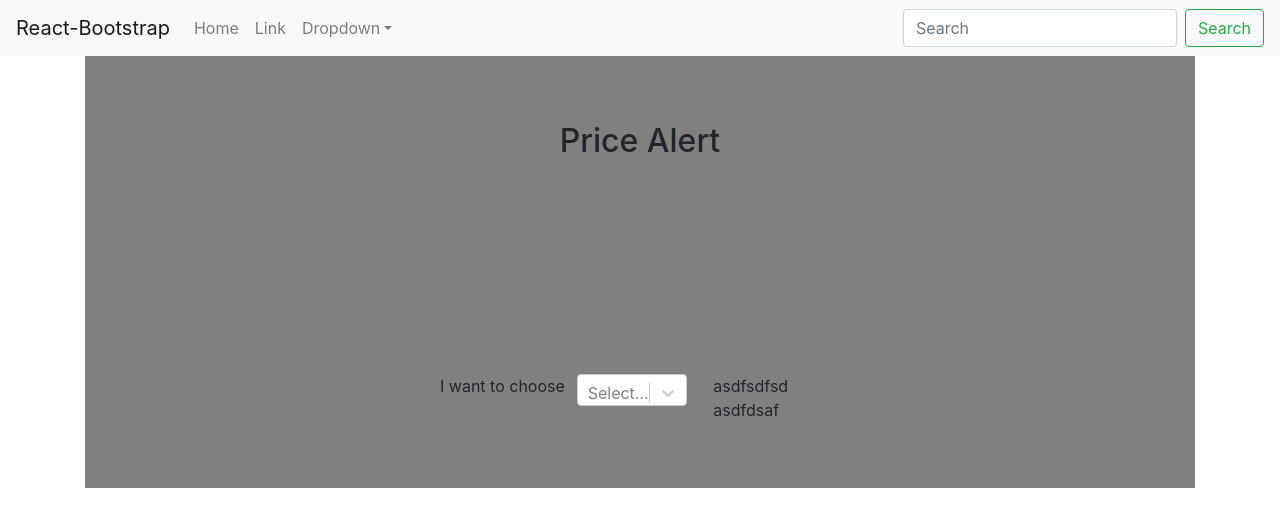
Repository: flychicken123/PriceAlertFront
Page: /
The author's editor kept a copy of each file at every save. The page is drawn from the files as they stood at one save, then again after the next save.
The browser window is 1280 px wide. The pictures show the whole page.
The page's requests for data from a server got no answer. The project was rebuilt for these pictures with package versions that can differ from the ones it lists, and the page was loaded fresh each time. No one was signed in, and anything a server would have sent is missing. Also part of the build but not shown: src/App.css.

Above is the page before, as saved 2021-03-07 10:05:07.

### public/index.html
<!DOCTYPE html>
<html lang="en">
  <head>
    <meta charset="utf-8" />
    <link rel="icon" href="%PUBLIC_URL%/favicon.ico" />
    <meta name="viewport" content="width=device-width, initial-scale=1" />
    <meta name="theme-color" content="#000000" />
    <meta
      name="description"
      content="Web site created using create-react-app"
    />
    <link rel="apple-touch-icon" href="%PUBLIC_URL%/logo192.png" />
    <!--
      manifest.json provides metadata used when your web app is installed on a
      user's mobile device or desktop. See https://developers.google.com/web/fundamentals/web-app-manifest/
    -->
    <link rel="manifest" href="%PUBLIC_URL%/manifest.json" />
    <link
  rel="stylesheet"
  href="https://cdn.jsdelivr.net/npm/bootstrap@4.6.0/dist/css/bootstrap.min.css"
  integrity="sha384-B0vP5xmATw1+K9KRQjQERJvTumQW0nPEzvF6L/Z6nronJ3oUOFUFpCjEUQouq2+l"
  crossorigin="anonymous"
/>
<link rel="stylesheet" href="https://fonts.googleapis.com/css?family=Roboto:300,400,500,700&display=swap" />

    <!--
      Notice the use of %PUBLIC_URL% in the tags above.
      It will be replaced with the URL of the `public` folder during the build.
      Only files inside the `public` folder can be referenced from the HTML.

      Unlike "/favicon.ico" or "favicon.ico", "%PUBLIC_URL%/favicon.ico" will
      work correctly both with client-side routing and a non-root public URL.
      Learn how to configure a non-root public URL by running `npm run build`.
    -->
    <title>React App</title>
  </head>
  <body>
    <noscript>You need to enable JavaScript to run this app.</noscript>
    <div id="root"></div>
    <!--
      This HTML file is a template.
      If you open it directly in the browser, you will see an empty page.

      You can add webfonts, meta tags, or analytics to this file.
      The build step will place the bundled scripts into the <body> tag.

      To begin the development, run `npm start` or `yarn start`.
      To create a production bundle, use `npm run build` or `yarn build`.
    -->
  </body>
</html>

### src/App.js
import logo from './logo.svg';
import './App.css';
import { BrowserRouter as Router, Switch, Route } from 'react-router-dom';
import TopNavbar from './components/TopNavbar';
import Home from './components/Home.jsx';
const App = () => {
  return (
    <Router>
      <TopNavbar />
      <Switch>
        <Route path='/' component={Home} />
      </Switch>
    </Router>
  )
}

export default App;

### src/components/TopNavbar.jsx
import React, { Component } from 'react';
import { Button, Navbar, Nav, NavDropdown, Form, FormControl } from "react-bootstrap";
const TopNavbar = () => {
    return (
        <div>
            <Navbar bg="light" expand="lg">
                <Navbar.Brand href="#home">React-Bootstrap</Navbar.Brand>
                <Navbar.Toggle aria-controls="basic-navbar-nav" />
                <Navbar.Collapse id="basic-navbar-nav">
                    <Nav className="mr-auto">
                        <Nav.Link href="#home">Home</Nav.Link>
                        <Nav.Link href="#link">Link</Nav.Link>
                        <NavDropdown title="Dropdown" id="basic-nav-dropdown">
                            <NavDropdown.Item href="#action/3.1">Action</NavDropdown.Item>
                            <NavDropdown.Item href="#action/3.2">Another action</NavDropdown.Item>
                            <NavDropdown.Item href="#action/3.3">Something</NavDropdown.Item>
                            <NavDropdown.Divider />
                            <NavDropdown.Item href="#action/3.4">Separated link</NavDropdown.Item>
                        </NavDropdown>
                    </Nav>
                    <Form inline>
                        <FormControl type="text" placeholder="Search" className="mr-sm-2" />
                        <Button variant="outline-success">Search</Button>
                    </Form>
                </Navbar.Collapse>
            </Navbar>
        </div>
    )
};
export default TopNavbar

### src/components/Home.jsx
import React, { useState, Component, Select, useEffect, useCallback } from 'react';
import AsyncSelect from 'react-select/async';
import { Form, Container, Col } from 'react-bootstrap';

export default function Home(props) {
    const [coinTypes, setCoinTypes] = useState([]);
    const [selectedOption, setSelectedOption] = useState(props ? props.match?.params?.template_id : null);
    const customStyles = {
        control: base => ({
            ...base,
            height: 32,
            minHeight: 30,
            width: 110,
            padding: 0
        })
    };


    // const coinOptions = (f) => {
    //     return [{ name: "- select -", id: "" }, ...coinTypes].map((coinType) => {
    //         return {
    //             label: coinType.name,
    //             value: coinType.id
    //         }
    //     })
    // };
    const handleCoinChange = useCallback((coin_id) => {
        setSelectedOption(coin_id);
        console.log(coin_id.name);
    }, []);
    const fetchCoinList = () => {
        return fetch(`https://6043fea2a20ace001728e9b7.mockapi.io/api/v1/coinlist/coinlist`).then(res => res.json());
    }


    return (

        < div className='mainControl' >
            <Container fluid="md">

                <div style={{ display: 'flex', justifyContent: 'center', alignItems: 'center', height: '60vh', backgroundColor: 'grey', width: '200' }}>

                    <Form>
                        <Form.Row>
                            <Col>
                                <div style={{ display: 'flex', justifyContent: 'center', height: '35vh' }}>
                                    <h2>Price Alert</h2>
                                </div>
                            </Col>
                        </Form.Row>
                        <Form.Row>

                            <Col>
                                I want to choose
                            </Col>
                            <Col>
                                <AsyncSelect
                                    cacheOptions
                                    defaultOptions
                                    onChange={handleCoinChange}
                                    value={selectedOption}
                                    loadOptions={fetchCoinList}
                                    getOptionValue={option => option.id}
                                    getOptionLabel={option => option.name}
                                    styles={customStyles}
                                />
                            </Col>
                            <Col>asdfsdfsd  asdfdsaf</Col>
                        </Form.Row>

                    </Form>

                </div>
            </Container>
        </div >
    )
}

Loaded but not shown: src/index.js (common file); src/index.css (common file); src/reportWebVitals.js (common file)

After the next save:
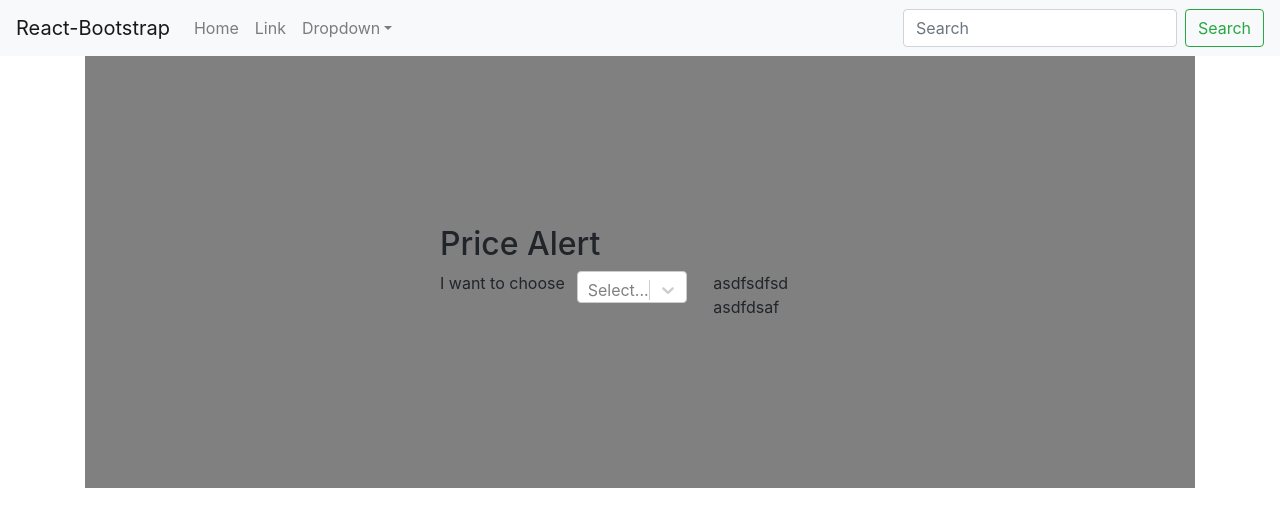
Saved 6 s later.
--- a/src/components/Home.jsx
+++ b/src/components/Home.jsx
@@ -43,9 +43,9 @@
                     <Form>
                         <Form.Row>
                             <Col>
-                                <div style={{ display: 'flex', justifyContent: 'center', height: '35vh' }}>
-                                    <h2>Price Alert</h2>
-                                </div>
+
+                                <h2>Price Alert</h2>
+
                             </Col>
                         </Form.Row>
                         <Form.Row>

After the save that followed:
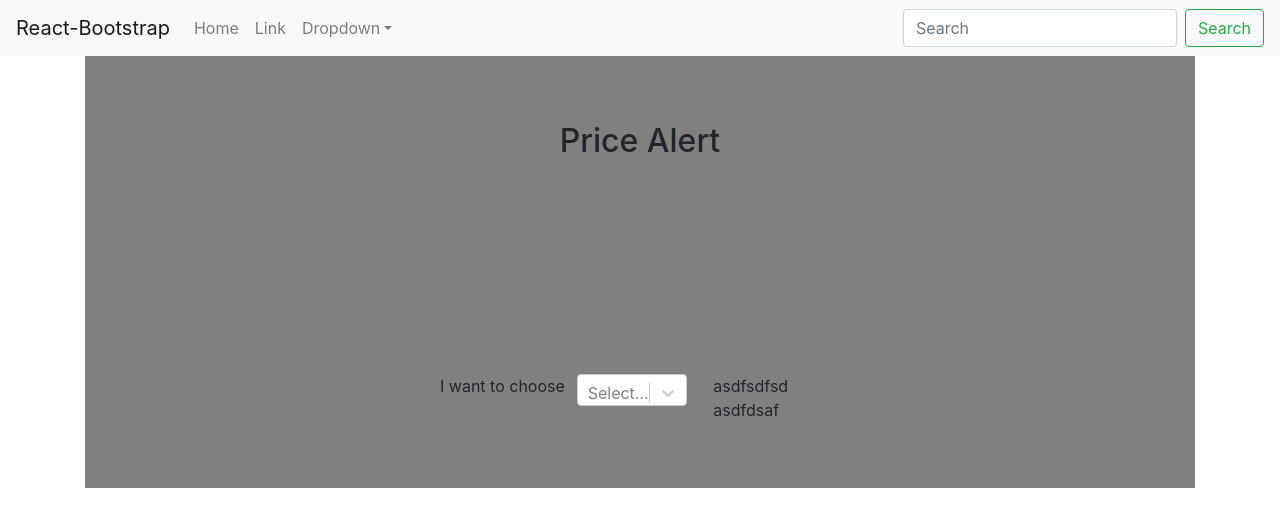
Saved 7 s later.
--- a/src/components/Home.jsx
+++ b/src/components/Home.jsx
@@ -43,9 +43,9 @@
                     <Form>
                         <Form.Row>
                             <Col>
-
-                                <h2>Price Alert</h2>
-
+                                <div style={{ display: 'flex', justifyContent: 'center', height: '35vh' }}>
+                                    <h2>Price Alert</h2>
+                                </div>
                             </Col>
                         </Form.Row>
                         <Form.Row>
